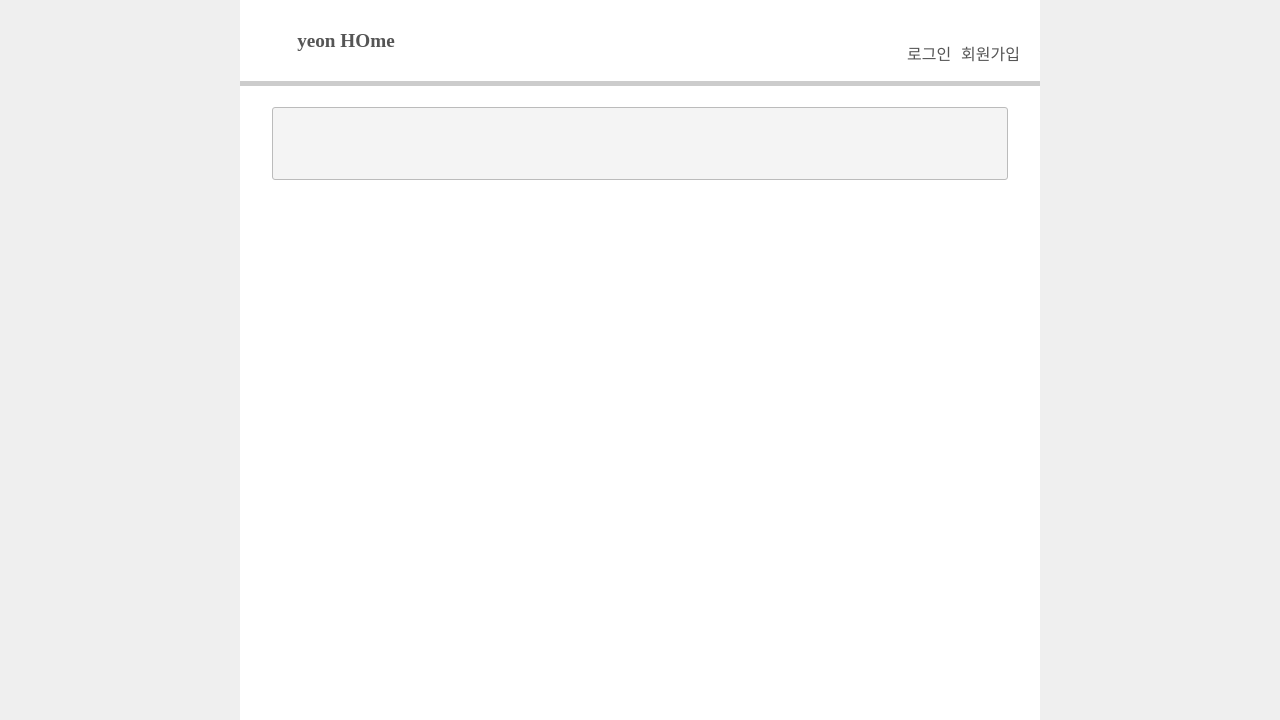
Repository: yeonhwa323/webPro
Page: webPro/src/main/webapp/javascript/days07/ex13_02.html
An editor plug-in stored every save of this project. The page is shown before and after the next save, followed by the edit.
The browser window is 1280 px wide. The pictures show the whole page.
Some web fonts or font styles are not loaded; a fallback is used.

Above is the page before, as saved 2024-04-15 06:17:06.

After the next save:
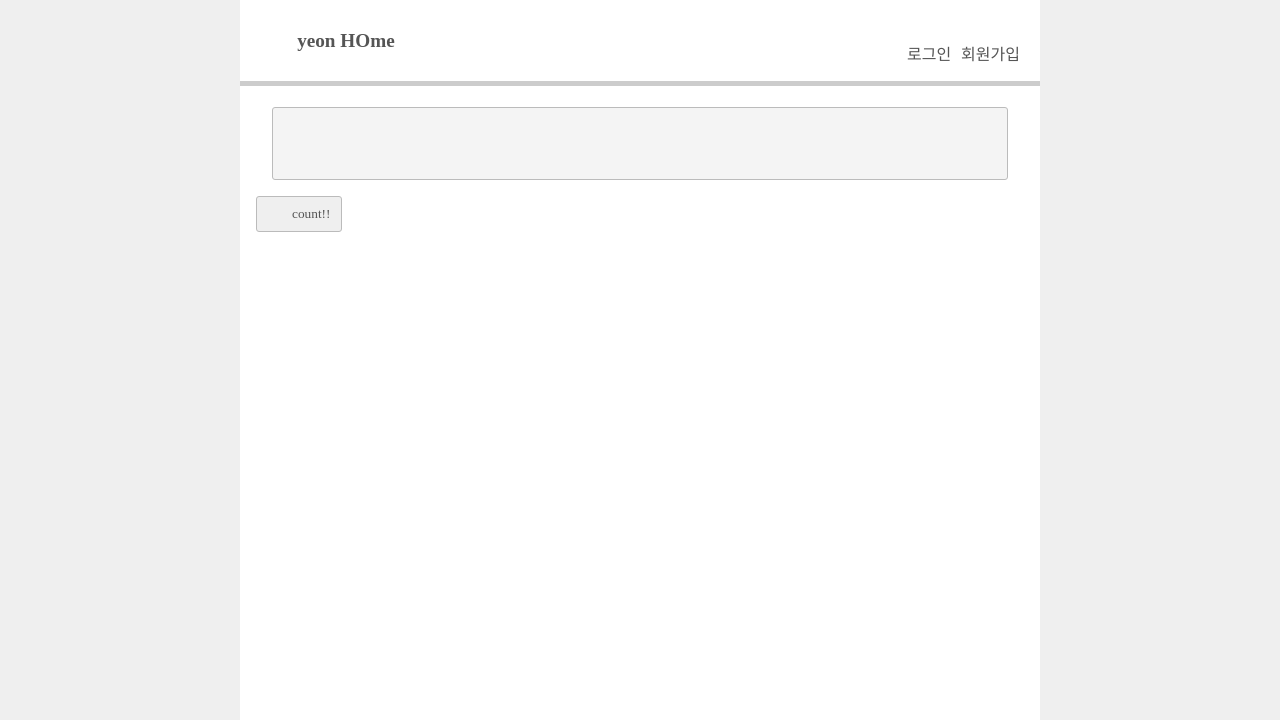
Saved 43 s later.
--- a/webPro/src/main/webapp/javascript/days07/ex13_02.html
+++ b/webPro/src/main/webapp/javascript/days07/ex13_02.html
@@ -26,6 +26,15 @@
   <xmp class="code">
 
   </xmp>
+
+  <button>count!!</button>
+  <p id="demo"></p>
+
 </div>
+
+  <script>
+
+  </script>
+
 </body>
 </html>
